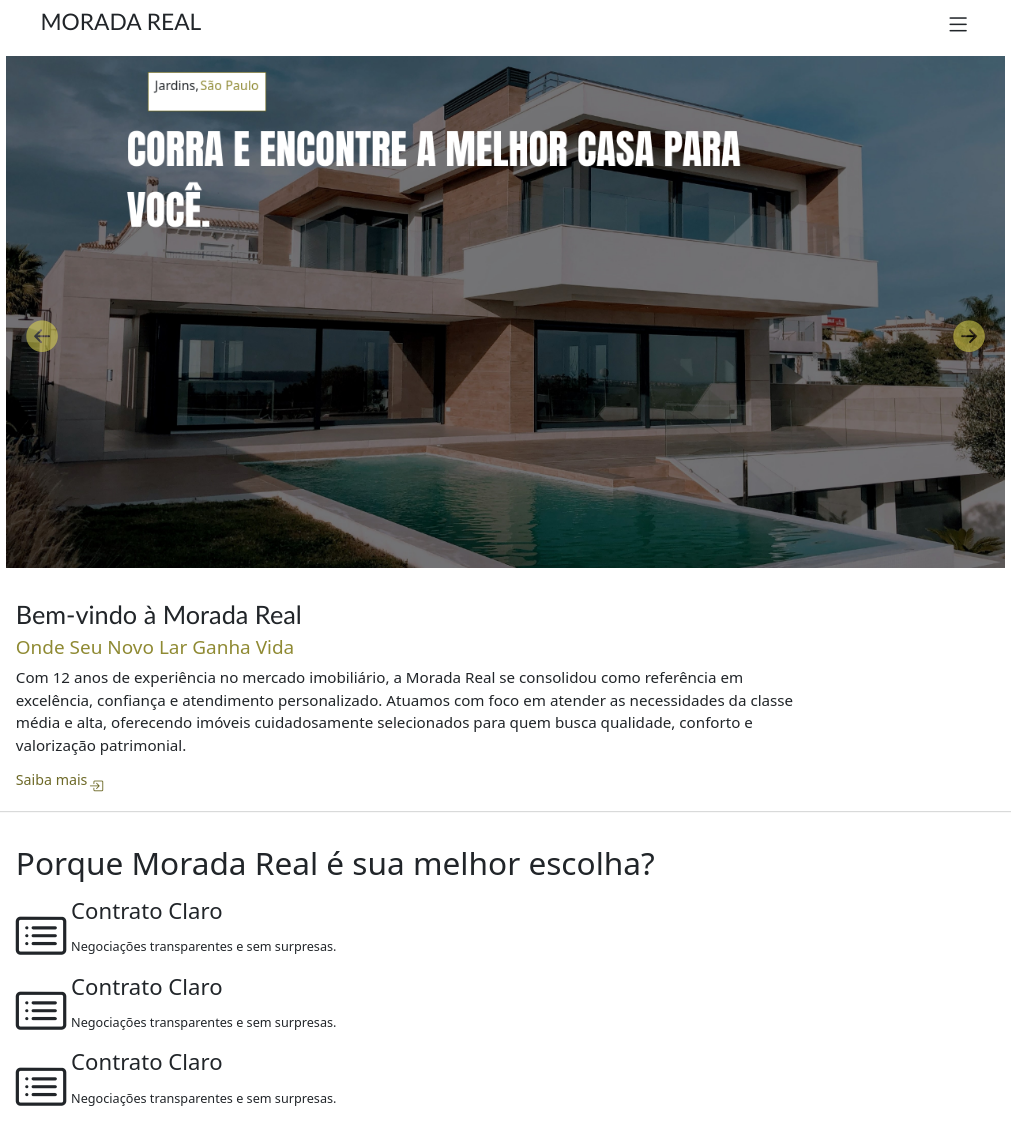
Repository: Mattyns/moradareal
Page: index.html
These files come from the project's save history. The page is drawn as it stood at one moment and after the next save; the edit follows.
The browser window is 1280 px wide. The pictures show the whole page, at 79% of full size.

Above is the page before, as saved 2025-07-13 17:17:47.

After the next save:
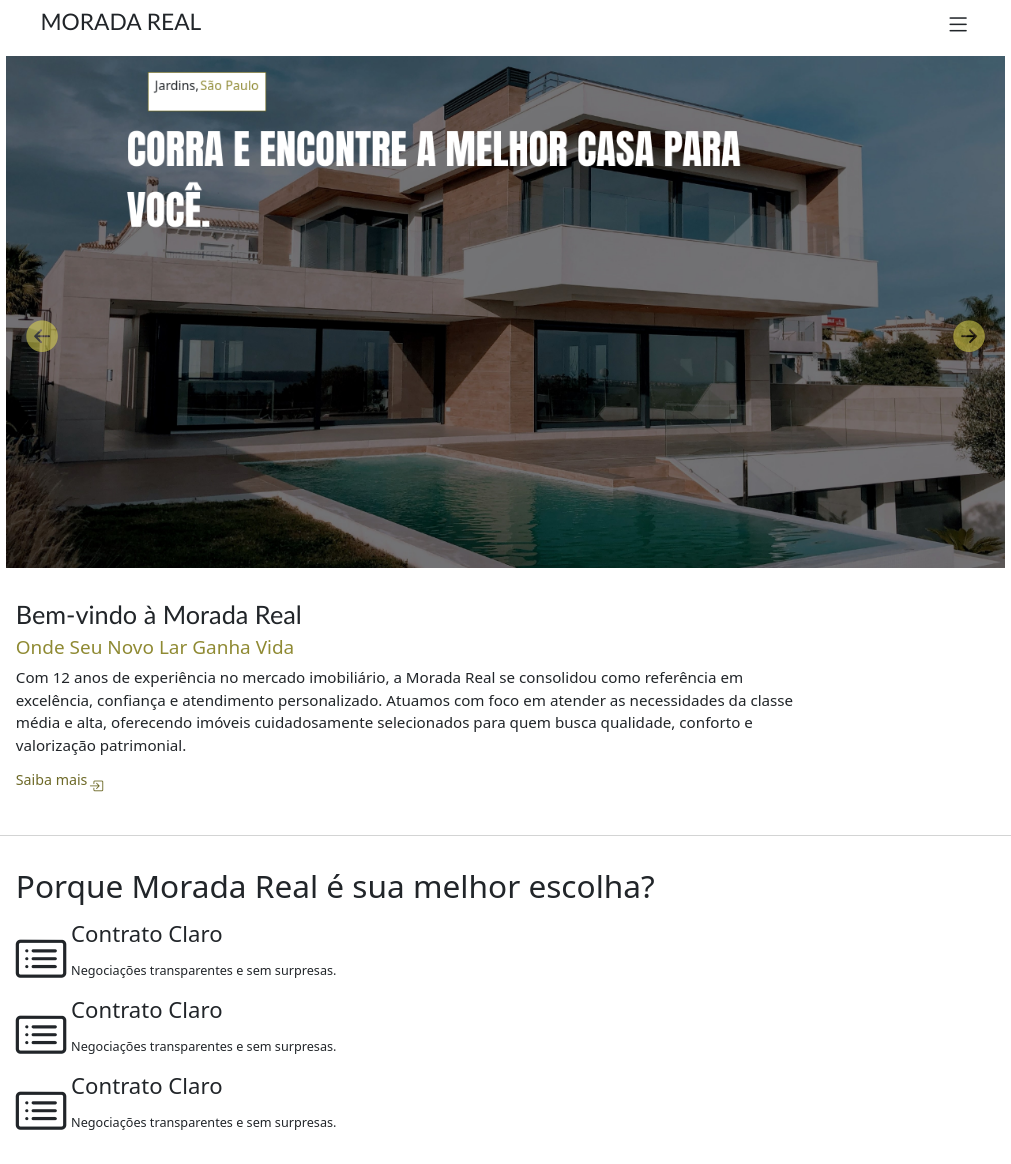
Saved 7 s later.
--- a/style/style.css
+++ b/style/style.css
@@ -188,7 +188,7 @@
 }
 
 .line--gray {
-    margin-top: 10px;
+    margin-top: 40px;
 }
 
 .services {
